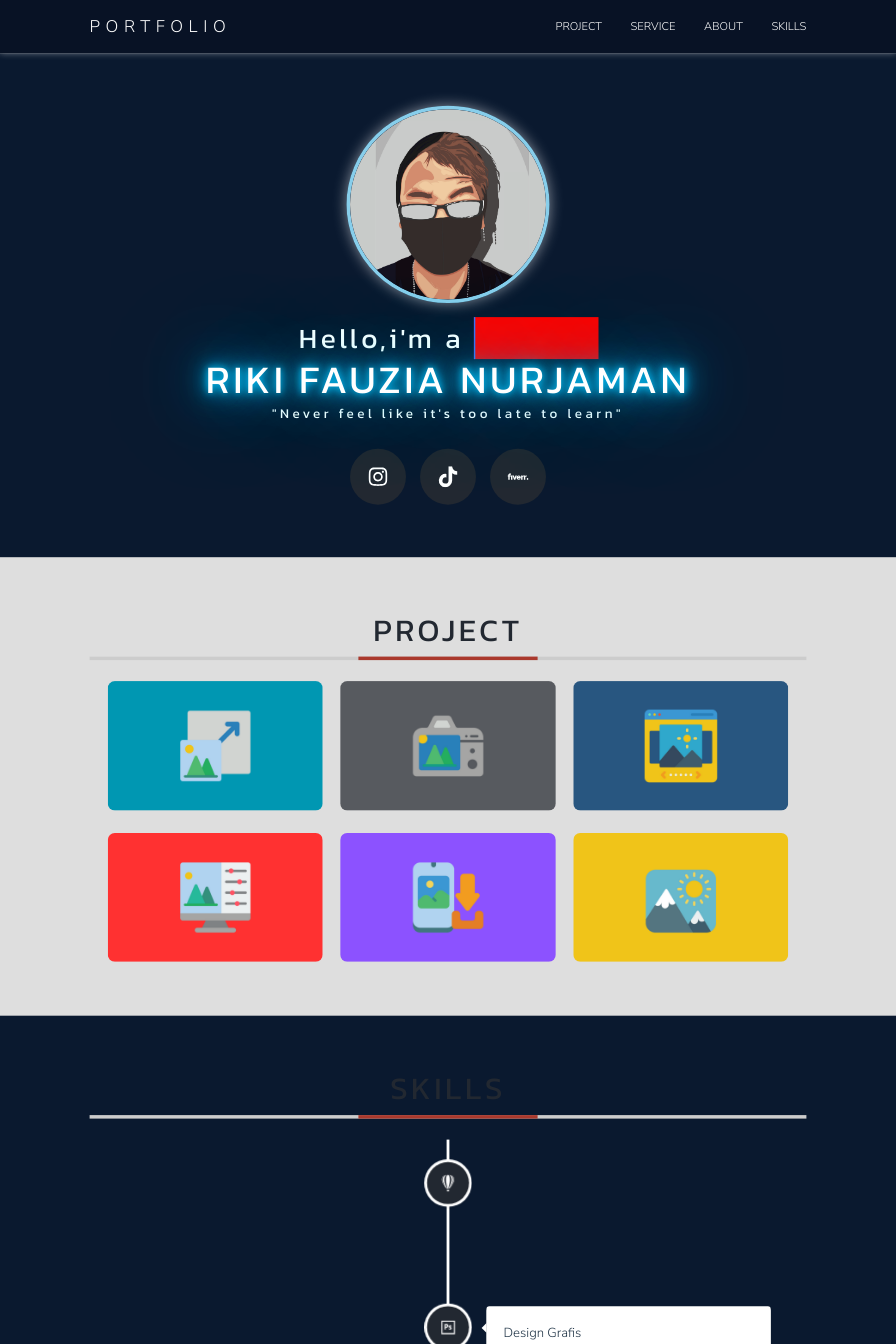
Repository: sellayspy/Portofolio
Page: /
An editor plug-in stored every save of this project. The page is shown before and after the next save, followed by the edit.
The browser window is 1280 px wide. The pictures show the part of the page from y = 0 to 1920 px (the page is 3848 px tall), at 70% of full size.
The project was rebuilt for these pictures with package versions that can differ from the ones it lists, and the page was loaded fresh each time. Also part of the build but not shown: vite.config.js, src/styles/DetailPortfolio.css, src/components/ScrollToTop.jsx, src/pages/DetailPortfolio.jsx, src/pages/PagesNotFound.jsx.

Above is the page before, as saved 2024-09-15 12:41:13.

After the next save:
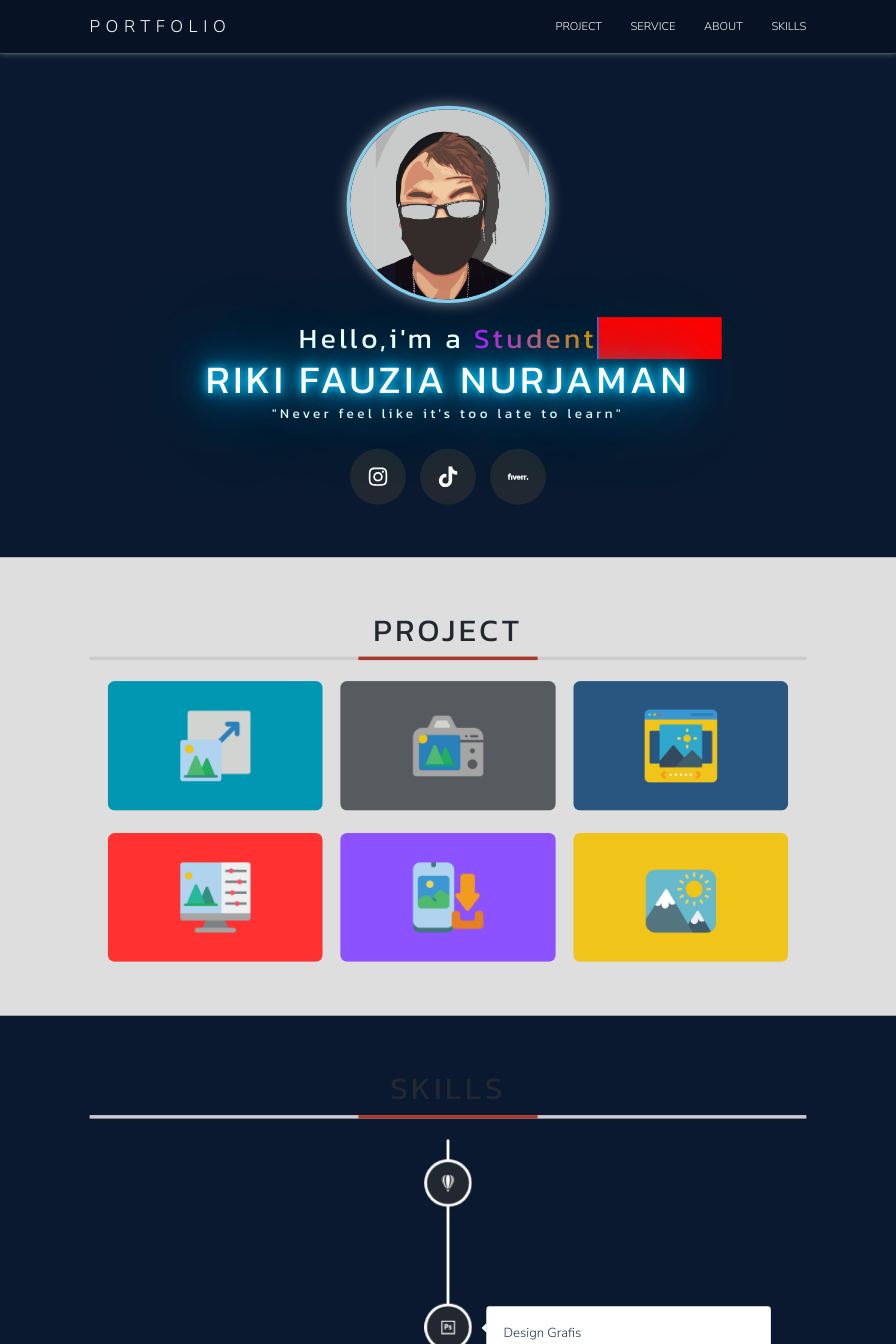
Saved 57 s later.
--- a/src/styles/Header.css
+++ b/src/styles/Header.css
@@ -53,9 +53,9 @@ header {
   width: 100%;
   background-color: red;
   border-left: 2px solid #4070f4;
-  animation: animate 4s steps(12) infinite;
+  animation: animated 4s steps(12) infinite;
 }
-@keyframes animate {
+@keyframes animated {
   40%,
   60% {
     left: 100%;
